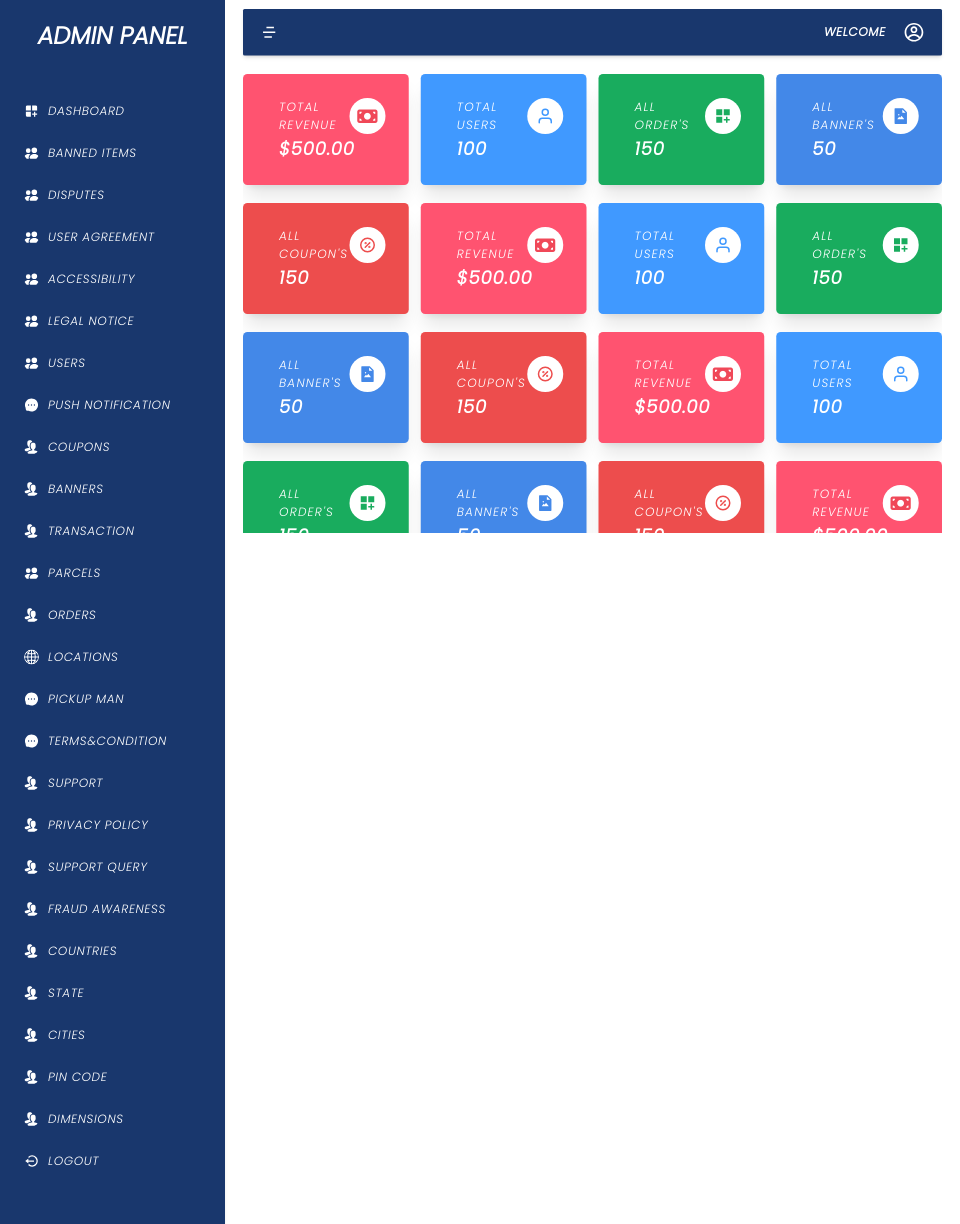
Repository: FlyweisReact/sarita
Page: /vendorDashboard
These files come from the project's save history. The page is drawn as it stood at one moment and after the next save; the edit follows.
The browser window is 1280 px wide. The pictures show the whole page, at 75% of full size.
An inner scrolling area shows only its first screen. Some web libraries are served in a nearby version. The project was rebuilt for these pictures with package versions that can differ from the ones it lists, and the page was loaded fresh each time. Also part of the build but not shown: src/vendorPanel/forms/VendorLogin.jsx, src/vendorPanel/pages/AdminDiscount.js, src/vendorPanel/pages/AdminReview.js, src/vendorPanel/pages/Astrologers.js, src/vendorPanel/pages/Banners.js, src/vendorPanel/pages/Booking.js, src/vendorPanel/pages/Horoscope.js, src/vendorPanel/pages/Kundli.js and 20 more.

Above is the page before, as saved 2023-04-20 17:20:01.

### public/index.html
<!-- @format -->

<!DOCTYPE html>
<html lang="en">
  <head>
    <meta charset="utf-8" />
    <meta name="viewport" content="width=device-width, initial-scale=1" />
    <meta name="theme-color" content="#000000" />
    <meta
      name="description"
      content="Web site created using create-react-app"
    />
    <link rel="apple-touch-icon" href="%PUBLIC_URL%/favicon.ico?v=2" />
    <link rel="manifest" href="%PUBLIC_URL%/manifest.json" />
    <link rel="preconnect" href="https://fonts.googleapis.com">
<link rel="preconnect" href="https://fonts.gstatic.com" crossorigin>
<link href="https://fonts.googleapis.com/css2?family=Roboto+Mono:ital,wght@1,300&display=swap" rel="stylesheet">
    <title>Ship24*7</title>
  </head>
  <body>
    <noscript>You need to enable JavaScript to run this app.</noscript>
    <div id="root"></div>
    <script src="https://code.jquery.com/jquery-3.6.0.min.js"></script>
    <script src="https://kit.fontawesome.com/b533b351e4.js" crossorigin="anonymous"></script>
  </body>
</html>

### src/index.js
import React from "react";
import ReactDOM from "react-dom/client";
import "./index.css";
import App from "./App";
import { BrowserRouter } from "react-router-dom";
import 'bootstrap/dist/css/bootstrap.min.css'

const root = ReactDOM.createRoot(document.getElementById("root"));
root.render(
  <React.StrictMode>
    <BrowserRouter>
      <App />
    </BrowserRouter>
  </React.StrictMode>
);

### src/index.css
/** @format */

@tailwind base;
@tailwind components;
@tailwind utilities;
@import url("https://fonts.googleapis.com/css2?family=Roboto+Mono:ital,wght@1,300&display=swap");
@font-face {
  font-family: Roboto;
  src: url("./Fonts/Poppins-LightItalic.ttf");
}
body {
  margin: 0;
  font-family: Roboto !important;
  -webkit-font-smoothing: antialiased;
  -moz-osx-font-smoothing: grayscale;
}

code {
  font-family: Roboto !important;
}

html {
  font-family: Roboto !important;
}

::-webkit-scrollbar {
  width: 10px;
}
.fa-trash {
  color: red;
  cursor: pointer;
}

.iCOn {

  transition: 0.5s;
  box-shadow: none;
  transform: scale(1);
}
.cardDiv{
  cursor: pointer;
}

.cardDiv:hover .iCOn{
  box-shadow: rgba(0, 0, 0, 0.35) 0px 5px 15px;
  transform: scale(1.3);
}

/* Track */
::-webkit-scrollbar-track {
  background: #f1f1f1;
}

/* Handle */
::-webkit-scrollbar-thumb {
  background: #888;
}

/* Handle on hover */
::-webkit-scrollbar-thumb:hover {
  background: #555;
}
.profileImage {
  width: 100px;
}
.fa-eye {
  color: #029aff;
  cursor: pointer;
}
.fa-edit {
  cursor: pointer;
  color: blue;
}

.View {
  border: 1px solid black;
  width: 100%;
  padding: 10px;
}

.main-card--container {
  display: grid;
  grid-template-columns: repeat(3, minmax(300px, 500px));
  grid-gap: 50px;
  justify-content: space-around;
}
.card-container {
  margin: 25px 0 auto;
  box-shadow: rgba(0, 0, 0, 0.35) 0px 5px 15px;
  position: relative;
  display: grid;
  grid-template-columns: 1fr;
  justify-content: space-around;
  align-items: flex-start;
}

.myEdit:focus {
  box-shadow: rgba(0, 0, 0, 0.35) 0px 5px 15px;
}



.AstroLogin{
  color: #fff;
  background-color: #2b7a8e;
  padding: 10px;
  width: 380px;
  text-align: center;
  font-size: 20px;
  background: linear-gradient(to left, #2b7a8e 50%, #fff 50%) right;
  background-size: 200%;
  transition: 0.5s ease-out;
  border: 1px solid #2b7a8e;
  margin-top: 10px;
  text-transform: uppercase;
}
.AstroLogin:hover {
  background-position: left;
  color: #2b7a8e;
}

.EcommerceAdminLogin{
  color: #fff;
  background-color: #19376d ;
  padding: 10px;
  width: 380px;
  text-align: center;
  font-size: 20px;
  background: linear-gradient(to left, #19376d 50%, #fff 50%) right;
  background-size: 200%;
  transition: 0.5s ease-out;
  border: 1px solid #19376d;
  margin-top: 10px;
  text-transform: uppercase;
}

.EcommerceAdminLogin:hover{
  background-position: left;
  color: #19376d;
}
.EcommerceVendorLogin{
  color: #fff;
  background-color: #576cbc;
  padding: 10px;
  width: 380px;
  text-align: center;
  font-size: 20px;
  background: linear-gradient(to left, #576cbc 50%, #fff 50%) right;
  background-size: 200%;
  transition: 0.5s ease-out;
  border: 1px solid #576cbc;
  margin-top: 10px;
  text-transform: uppercase;
}

.EcommerceVendorLogin:hover{
  background-position: left;
  color: #576cbc;
}

.view{
  background-color: #2196f3;
  color: #fff;
  width: 50%;
  padding: 5px;
}


.two-sec{
display:flex;
justify-content: space-evenly;
  justify-content: space-evenly;
}
.two-sec .left{
  width: 60%;
  background-color: #f6f1ef;
  padding: 20px;
 }
 .two-sec .left .head{
  font-size: 25px;
  font-weight: bold;
 }



.two-sec .right{
  width: 30%;
  background-color: #f6f1ef;
 }

 .searchDiv{
  width: 100%;
  display: flex;
  gap: 10px;
  border: 1px solid rgb(179, 179, 179);
  padding: 10px;
  margin-bottom: 20px;
  align-items: center;
 }
 .searchDiv input {
  width: 94%;
  outline: none;
  border: none;
 }


 li{
  list-style: disc;
 }

### src/vendorPanel/pages/VendorDashboard.jsx
/** @format */

import React from "react";
import { MdDashboardCustomize } from "react-icons/md";
import {
  AiFillFileImage,
} from "react-icons/ai";
import { FiUser } from "react-icons/fi";
import { TbDiscount } from "react-icons/tb";
import HOC from "../layout/HOC";

const VendorDashboard = () => {
  const card = [
    {
      progress: "bg-blue-400",
      title: "Total Revenue",
      number: "$500.00",
      icon: (
        <i class="fa-sharp fa-solid fa-money-bill text-2xl text-[rgb(240,72,88)]"></i>
      ),
      bg: "#ff5370",
    },
    {
      progress: "bg-green-400",
      title: "Total Users",
      number: "100",
      icon: <FiUser className="text-2xl text-[#4099ff]" />,
      bg: "#4099ff",
    },

    {
      progress: "bg-yellow-400",
      title: "All Order's",
      number: "150",
      icon: <MdDashboardCustomize className="text-2xl text-[#19ac5e]" />,
      bg: "#19ac5e",
    },

    {
      progress: "bg-yellow-400",
      title: "All Banner's",
      number: "50",
      icon: <AiFillFileImage className="text-2xl text-[#4388e8]" />,
      bg: "#4388e8",
    },
    {
      progress: "bg-yellow-400",
      title: "All Coupon's",
      number: "150",
      icon: <TbDiscount className="text-2xl text-[#ed4d4d]" />,
      bg: "#ed4d4d",
    },
    {
      progress: "bg-blue-400",
      title: "Total Revenue",
      number: "$500.00",
      icon: (
        <i class="fa-sharp fa-solid fa-money-bill text-2xl text-[rgb(240,72,88)]"></i>
      ),
      bg: "#ff5370",
    },
    {
      progress: "bg-green-400",
      title: "Total Users",
      number: "100",
      icon: <FiUser className="text-2xl text-[#4099ff]" />,
      bg: "#4099ff",
    },

    {
      progress: "bg-yellow-400",
      title: "All Order's",
      number: "150",
      icon: <MdDashboardCustomize className="text-2xl text-[#19ac5e]" />,
      bg: "#19ac5e",
    },

    {
      progress: "bg-yellow-400",
      title: "All Banner's",
      number: "50",
      icon: <AiFillFileImage className="text-2xl text-[#4388e8]" />,
      bg: "#4388e8",
    },
    {
      progress: "bg-yellow-400",
      title: "All Coupon's",
      number: "150",
      icon: <TbDiscount className="text-2xl text-[#ed4d4d]" />,
      bg: "#ed4d4d",
    },
    {
      progress: "bg-blue-400",
      title: "Total Revenue",
      number: "$500.00",
      icon: (
        <i class="fa-sharp fa-solid fa-money-bill text-2xl text-[rgb(240,72,88)]"></i>
      ),
      bg: "#ff5370",
    },
    {
      progress: "bg-green-400",
      title: "Total Users",
      number: "100",
      icon: <FiUser className="text-2xl text-[#4099ff]" />,
      bg: "#4099ff",
    },

    {
      progress: "bg-yellow-400",
      title: "All Order's",
      number: "150",
      icon: <MdDashboardCustomize className="text-2xl text-[#19ac5e]" />,
      bg: "#19ac5e",
    },

    {
      progress: "bg-yellow-400",
      title: "All Banner's",
      number: "50",
      icon: <AiFillFileImage className="text-2xl text-[#4388e8]" />,
      bg: "#4388e8",
    },
    {
      progress: "bg-yellow-400",
      title: "All Coupon's",
      number: "150",
      icon: <TbDiscount className="text-2xl text-[#ed4d4d]" />,
      bg: "#ed4d4d",
    },
    {
      progress: "bg-blue-400",
      title: "Total Revenue",
      number: "$500.00",
      icon: (
        <i class="fa-sharp fa-solid fa-money-bill text-2xl text-[rgb(240,72,88)]"></i>
      ),
      bg: "#ff5370",
    },
    {
      progress: "bg-green-400",
      title: "Total Users",
      number: "100",
      icon: <FiUser className="text-2xl text-[#4099ff]" />,
      bg: "#4099ff",
    },

    {
      progress: "bg-yellow-400",
      title: "All Order's",
      number: "150",
      icon: <MdDashboardCustomize className="text-2xl text-[#19ac5e]" />,
      bg: "#19ac5e",
    },

    {
      progress: "bg-yellow-400",
      title: "All Banner's",
      number: "50",
      icon: <AiFillFileImage className="text-2xl text-[#4388e8]" />,
      bg: "#4388e8",
    },
    {
      progress: "bg-yellow-400",
      title: "All Coupon's",
      number: "150",
      icon: <TbDiscount className="text-2xl text-[#ed4d4d]" />,
      bg: "#ed4d4d",
    },
    {
      progress: "bg-blue-400",
      title: "Total Revenue",
      number: "$500.00",
      icon: (
        <i class="fa-sharp fa-solid fa-money-bill text-2xl text-[rgb(240,72,88)]"></i>
      ),
      bg: "#ff5370",
    },
    {
      progress: "bg-green-400",
      title: "Total Users",
      number: "100",
      icon: <FiUser className="text-2xl text-[#4099ff]" />,
      bg: "#4099ff",
    },

    {
      progress: "bg-yellow-400",
      title: "All Order's",
      number: "150",
      icon: <MdDashboardCustomize className="text-2xl text-[#19ac5e]" />,
      bg: "#19ac5e",
    },

    {
      progress: "bg-yellow-400",
      title: "All Banner's",
      number: "50",
      icon: <AiFillFileImage className="text-2xl text-[#4388e8]" />,
      bg: "#4388e8",
    },
    {
      progress: "bg-yellow-400",
      title: "All Coupon's",
      number: "150",
      icon: <TbDiscount className="text-2xl text-[#ed4d4d]" />,
      bg: "#ed4d4d",
    },
  ];
  return (
    <>
      <section className="grid md:grid-cols-4 grid-cols-2 gap-y-6 gap-x-4">
        {card.map((card, index) => {
          return (
            <div
              className="px-5 py-8 bg-slate-200 space-y-2 shadow-xl flex flex-col  rounded-md cardDiv"
              key={index}
              style={{
                backgroundColor: `${card.bg}`,
                textTransform: "uppercase",
              }}
            >
              <div className="grid  justify-between grid-cols-4">
                <div className="flex flex-col col-span-3 space-y-1">
                  <span
                    className="tracking-widest text-gray-900"
                    style={{ color: "#fff" }}
                  >
                    {card.title}
                  </span>
                  <span
                    className="tracking-wider text-gray-700 text-xl md:text-2xl font-semibold"
                    style={{ color: "#fff" }}
                  >
                    {card.number}
                  </span>
                </div>
                <div className="flex rounded-full w-10 h-10 sm:w-12 sm:h-12 bg-white justify-center items-center iCOn">
                  {card.icon}
                </div>
              </div>
            </div>
          );
        })}
      </section>
    </>
  );
};

export default HOC(VendorDashboard);

### src/vendorPanel/layout/HOC.jsx
import React, { useState } from "react";
import Navbar from "./Navbar";
import Sidebar from "./Sidebar";

const HOC = (Wcomponenet) => {
  return function Component() {
    const [hamb, setHamb] = useState(false);
    return (
      <>
        <section className="flex overflow-x-hidden relative">
          {/* Sidebar */}
          <div
            className={
              hamb
                ? " absolute top-0 z-30 md:w-auto shadow-md bg-slate-200  w-60 transition-all md:-left-full left duration-150  h-auto overflow-y-auto  left-0 "
                : " md:w-72 z-30 bg-slate-200  shadow-md  md:static absolute top-0 -left-full   transition-all duration-150  overflow-y-auto h-auto"
            }
            style={{minWidth : '300px'}}
          >
            <Sidebar hamb={hamb} setHamb={setHamb} />
          </div>
          {/* Components & Navbar */}
          <div
            className={
              hamb
                ? " transition-all px-4 py-2  bg-white duration-150 w-full h-screen"
                : " w-full h-screen  px-4 py-2  bg-white z-50 transition-all duration-150 "
            }
          >
            <Navbar hamb={hamb} setHamb={setHamb} />
            <div className="my-6 text-#000 h-[87%] wcomp overflow-y-auto">
              <Wcomponenet />
            </div>
          </div>
        </section>
      </>
    );
  };
};

export default HOC;

### src/vendorPanel/layout/Navbar.jsx
/** @format */

import { RiMenu4Line } from "react-icons/ri";
import { CgProfile } from "react-icons/cg";
import Form from "react-bootstrap/Form";
import { useState } from "react";
import Button from "react-bootstrap/Button";
import Modal from "react-bootstrap/Modal";
import Container from "react-bootstrap/Container";

function MyVerticallyCenteredModal(props) {
  return (
    <Modal
      {...props}
      size="lg"
      aria-labelledby="contained-modal-title-vcenter"
      centered
    >
      <Modal.Header closeButton>
        <Modal.Title id="contained-modal-title-vcenter">
          Edit Profile
        </Modal.Title>
      </Modal.Header>
      <Modal.Body>
        <Container style={{ width: "600px" }}>
          <Form>
            <Form.Group className="mb-3" controlId="formBasicEmail">
              <Form.Label>Name</Form.Label>
              <Form.Control type="text" placeholder="Admin" />
            </Form.Group>
            <Form.Group className="mb-3" controlId="formBasicPassword">
              <Form.Label>Email Address</Form.Label>
              <Form.Control type="email" placeholder="admin@gmail.com" />
            </Form.Group>
            <Form.Group className="mb-3" controlId="formBasicPassword">
              <Form.Label>Password</Form.Label>
              <Form.Control type="password" placeholder="Password" />
            </Form.Group>
            <Button
              style={{ backgroundColor: "#19376d", borderRadius: "0" }}
              type="submit"
            >
              Edit
            </Button>
          </Form>
        </Container>
      </Modal.Body>
    </Modal>
  );
}

const Navbar = ({ hamb, setHamb }) => {
  const [modalShow, setModalShow] = useState(false);

  return (
    <>
      <MyVerticallyCenteredModal
        show={modalShow}
        onHide={() => setModalShow(false)}
      />

      <div
        className={
          hamb
            ? "flex  w-full justify-between  my-1 rounded-sm  p-4 py-3 shadow-md items-center  bg-slate-200 space-x-4"
            : "flex  w-full justify-between my-1 rounded-sm  p-4 py-3 shadow-md items-center  bg-slate-200 space-x-4"
        }
        style={{ backgroundColor: "#19376d" }}
      >
        <RiMenu4Line
          onClick={() => setHamb(!hamb)}
          className="text-2xl font-bold text-gray-900 hover:scale-90 cursor-pointer"
          style={{ color: "#fff" }}
        />

        <section className="flex sm:ml-auto justify-end sm:w-full items-center space-x-2  pr-2">
          <figcaption className="tracking-wider pl-1 font-semibold">
            <div
              className="lg:text-base text-sm text-gray-900  uppercase"
              style={{ color: "#fff" }}
            >
              Welcome
            </div>
          </figcaption>
        </section>

        <CgProfile
          onClick={() => setModalShow(true)}
          className="text-2xl sm:text-3xl font-bold text-[rgb(241,146,46)] cursor-pointer"
          style={{ color: "#fff" }}
        />
      </div>
    </>
  );
};

export default Navbar;

### src/vendorPanel/layout/Sidebar.jsx
/** @format */

import React from "react";
import { RiCloseLine } from "react-icons/ri";
import { Link, useNavigate } from "react-router-dom";
import { BsFillPeopleFill } from "react-icons/bs";
import { ImUsers } from "react-icons/im";
import { BiLogOutCircle } from "react-icons/bi";
import { MdDashboardCustomize } from "react-icons/md";
import { BsGlobe2 } from "react-icons/bs";
import { AiFillMessage } from "react-icons/ai";

const Sidebar = ({ hamb, setHamb }) => {
  const navigate = useNavigate();

  const nav = [
    {
      icon: <MdDashboardCustomize className="text-xl mr-3 rounded-full " />,
      link: "/vendorDashboard",
      name: "DASHBOARD",
    },
    {
      icon: <BsFillPeopleFill className="text-xl mr-3 rounded-full " />,
      link: "/bannedItem",
      name: "Banned Items",
    },

    {
      icon: <BsFillPeopleFill className="text-xl mr-3 rounded-full " />,
      link: "/dispute",
      name: "Disputes",
    },
    {
      icon: <BsFillPeopleFill className="text-xl mr-3 rounded-full " />,
      link: "/userAgreement",
      name: "User Agreement",
    },
    {
      icon: <BsFillPeopleFill className="text-xl mr-3 rounded-full " />,
      link: "/accssebility",
      name: "Accessibility",
    },
    {
      icon: <BsFillPeopleFill className="text-xl mr-3 rounded-full " />,
      link: "/legalNotice",
      name: "Legal Notice",
    },

    {
      icon: <BsFillPeopleFill className="text-xl mr-3 rounded-full " />,
      link: "/admin/users",
      name: "USERS",
    },

    {
      icon: <AiFillMessage className="text-xl mr-3 rounded-full " />,
      link: "/msg",
      name: "Push NOTIFICATION",
    },
    {
      icon: <ImUsers className="text-xl mr-3 rounded-full " />,
      link: "/AdminDiscount",
      name: "COUPONS",
    },
    {
      icon: <ImUsers className="text-xl mr-3 rounded-full " />,
      link: "/Banners",
      name: "BANNERS",
    },
    {
      icon: <ImUsers className="text-xl mr-3 rounded-full " />,
      link: "/admin/blogs",
      name: "Transaction",
    },
    {
      icon: <BsFillPeopleFill className="text-xl mr-3 rounded-full " />,
      link: "/astro",
      name: "Parcels",
    },

    {
      icon: <ImUsers className="text-xl mr-3 rounded-full " />,
      link: "/book",
      name: "Orders",
    },

    {
      icon: <BsGlobe2 className="text-xl mr-3 rounded-full " />,
      link: "/horo",
      name: "Locations",
    },
    {
      icon: <AiFillMessage className="text-xl mr-3 rounded-full " />,
      link: "/kundli",
      name: "Pickup Man",
    },

    {
      icon: <AiFillMessage className="text-xl mr-3 rounded-full " />,
      link: "/admin/terms",
      name: "TERMS&CONDITION",
    },
    {
      icon: <ImUsers className="text-xl mr-3 rounded-full " />,
      link: "/admin/support",
      name: "SUPPORT",
    },
    {
      icon: <ImUsers className="text-xl mr-3 rounded-full " />,
      link: "/privacy-policy",
      name: "PRIVACY POLICY",
    },
    {
      icon: <ImUsers className="text-xl mr-3 rounded-full " />,
      link: "/supportQuery",
      name: "support query",
    },
    {
      icon: <ImUsers className="text-xl mr-3 rounded-full " />,
      link: "/fraudAwareness",
      name: "Fraud Awareness",
    },
    {
      icon: <ImUsers className="text-xl mr-3 rounded-full " />,
      link: "/counrty",
      name: "Countries",
    },
    {
      icon: <ImUsers className="text-xl mr-3 rounded-full " />,
      link: "/state",
      name: "State",
    },
    {
      icon: <ImUsers className="text-xl mr-3 rounded-full " />,
      link: "/cities",
      name: "Cities",
    },
    {
      icon: <ImUsers className="text-xl mr-3 rounded-full " />,
      link: "/pincode",
      name: "Pin Code",
    },
    {
      icon: <ImUsers className="text-xl mr-3 rounded-full " />,
      link: "/dimensions",
      name: "Dimensions",
    },
  ];

  const logOut = () => {
    navigate("/");
  };

  return (
    <>
      <aside
        className="p-4 h-auto"
        style={{ backgroundColor: "#19376d", minHeight: "100vh" }}
      >
        {/* Top */}
        <div className="w-full md:hidden relative  p-2 mb-4">
          <RiCloseLine
            onClick={() => setHamb(!hamb)}
            className="text-3xl  absolute top-2 sm:hover:rotate-[228deg] transition-transform font-bold right-2 sm:hover:text-[22px] text-[rgb(241,146,46)] cursor-pointer"
          />
        </div>{" "}
        <figure className="flex  flex-col items-center">
          <span
            className="font-bold text-[#fff]"
            style={{ fontSize: "2rem", textAlign: "center" }}
          >
            ADMIN PANEL
          </span>
        </figure>
        <nav className="py-6">
          {nav.map((nav) => {
            return (
              <Link
                to={nav.link}
                key={nav.name}
                className=""
                style={{ textDecoration: "none", textTransform: "uppercase" }}
              >
                <span
                  className="flex my-3 items-center cursor-pointer text-gray-900    tracking-wider p-2 rounded-sm"
                  style={{ color: "#fff" }}
                >
                  {nav.icon} {nav.name}
                </span>
              </Link>
            );
          })}

          <span
            className="flex my-3 items-center cursor-pointer text-gray-900    tracking-wider p-2 rounded-sm"
            onClick={() => logOut()}
            style={{ color: "#fff", textTransform: "uppercase" }}
          >
            <BiLogOutCircle className="text-xl mr-3 rounded-full " /> LogOut
          </span>
        </nav>
      </aside>
    </>
  );
};

export default Sidebar;

Loaded but not shown: tailwind.config.js (common file); src/App.js (87 lines, source omitted)

After the next save:
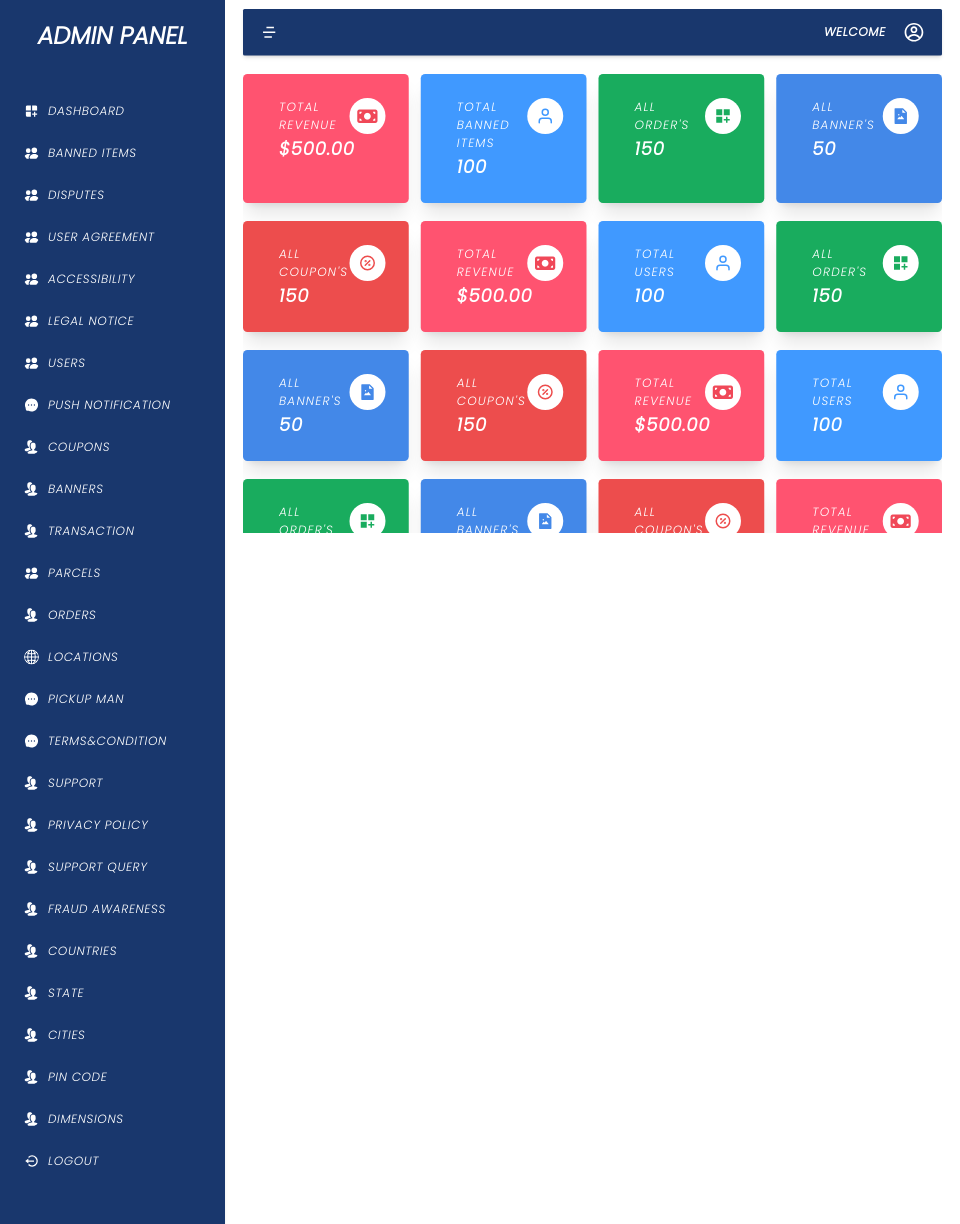
Saved 26 s later.
--- a/src/vendorPanel/pages/VendorDashboard.jsx
+++ b/src/vendorPanel/pages/VendorDashboard.jsx
@@ -22,7 +22,7 @@ const VendorDashboard = () => {
     },
     {
       progress: "bg-green-400",
-      title: "Total Users",
+      title: "Total Banned Items",
       number: "100",
       icon: <FiUser className="text-2xl text-[#4099ff]" />,
       bg: "#4099ff",
